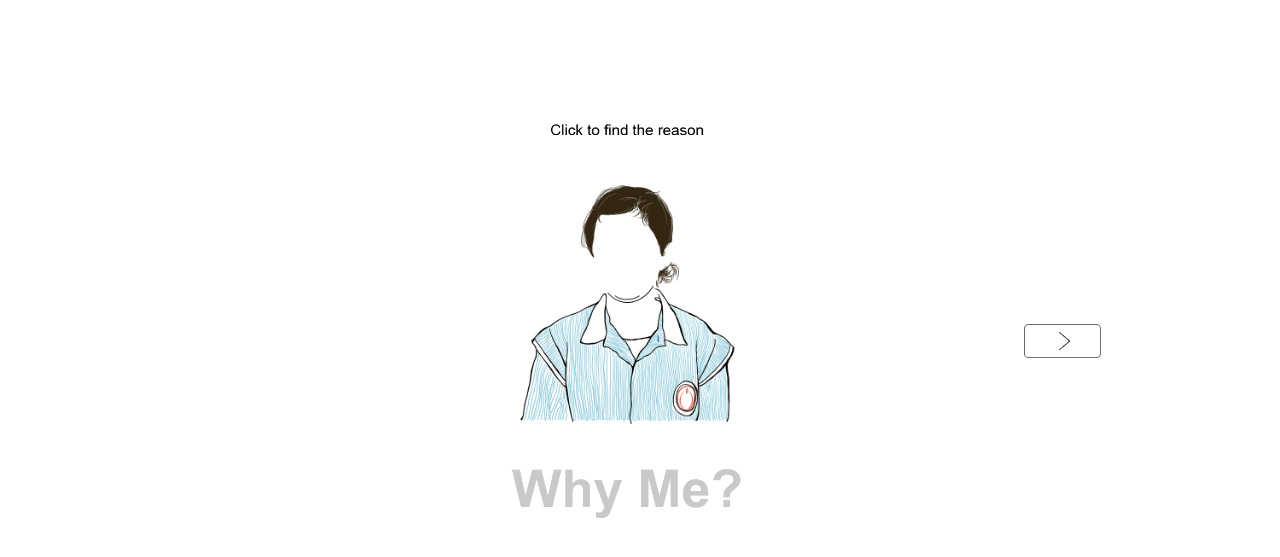
Repository: Lettie123/webpr4
Page: gen.html
The author's editor kept a copy of each file at every save. The page is drawn from the files as they stood at one save, then again after the next save.
The browser window is 1280 px wide. The pictures show the whole page.

Above is the page before, as saved 2020-12-03 02:01:05.

After the next save:
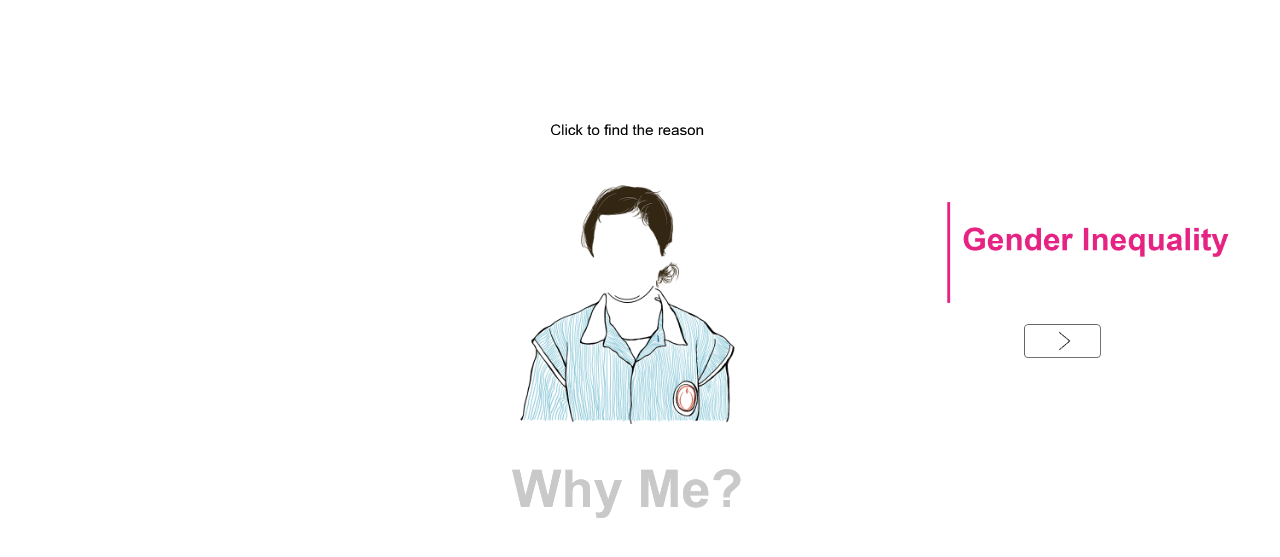
Saved 59 s later.
--- a/gen.html
+++ b/gen.html
@@ -327,10 +327,10 @@
         </div>
 
 
-        <div id="gens01" style="width: 22%; position:absolute; top:12%; left:74%; display: none;">
+        <div id="gens01" style="width: 22%; position:absolute; top:12%; left:74%; ">
             <img src="txt/gens01.png" style="width:100%;" >
         </div>
-        <div id="gens0" style="width: 22%; position:absolute; top:28%; left:74%; display: none;">
+        <div id="gens0" style="width: 22%; position:absolute; top:28%; left:74%; ">
             <img src="txt/gens0.png" style="width:100%;" >
         </div>
         <div id="gens02" style="width: 22%; position:absolute; top:51%; left:74%; display: none;">

After the save that followed:
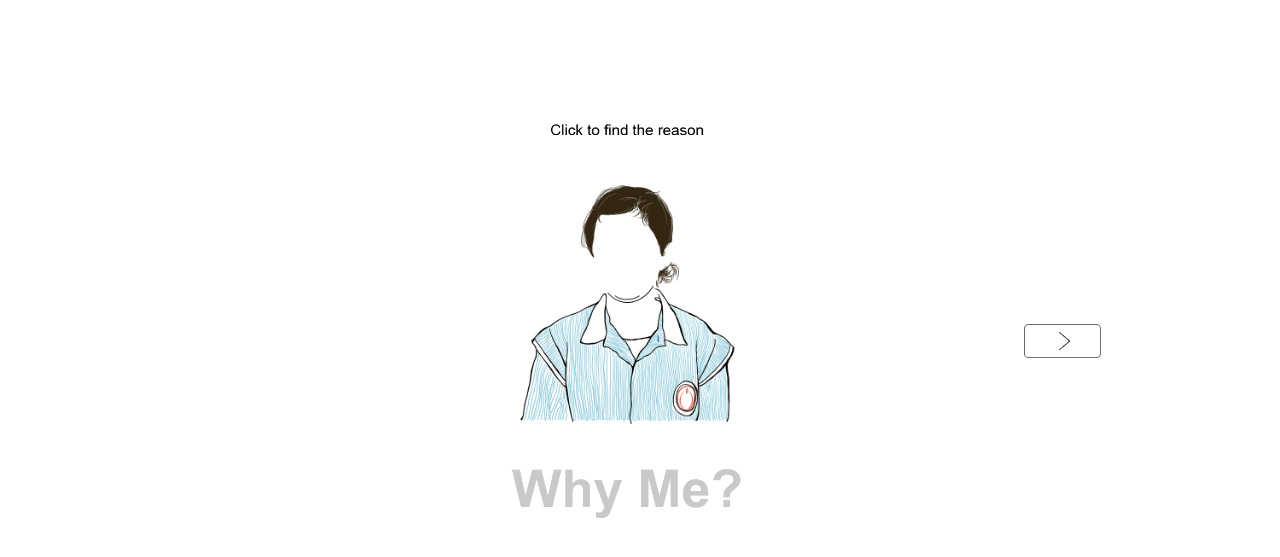
Saved 66 s later.
--- a/gen.html
+++ b/gen.html
@@ -327,10 +327,10 @@
         </div>
 
 
-        <div id="gens01" style="width: 22%; position:absolute; top:12%; left:74%; ">
+        <div id="gens01" style="width: 22%; position:absolute; top:12%; left:74%;display: none; ">
             <img src="txt/gens01.png" style="width:100%;" >
         </div>
-        <div id="gens0" style="width: 22%; position:absolute; top:28%; left:74%; ">
+        <div id="gens0" style="width: 22%; position:absolute; top:28%; left:74%;display: none; ">
             <img src="txt/gens0.png" style="width:100%;" >
         </div>
         <div id="gens02" style="width: 22%; position:absolute; top:51%; left:74%; display: none;">
@@ -415,7 +415,6 @@
             document.getElementById("map").style.display="block";
             document.getElementById("result").style.display="block";
             document.getElementById("bcross1").style.display="block";
-            document.getElementById("gender01").style.display="block";
             document.getElementById("gens0").style.display="block";
             document.getElementById("gens01").style.display="block";
             document.getElementById("gens02").style.display="block";
